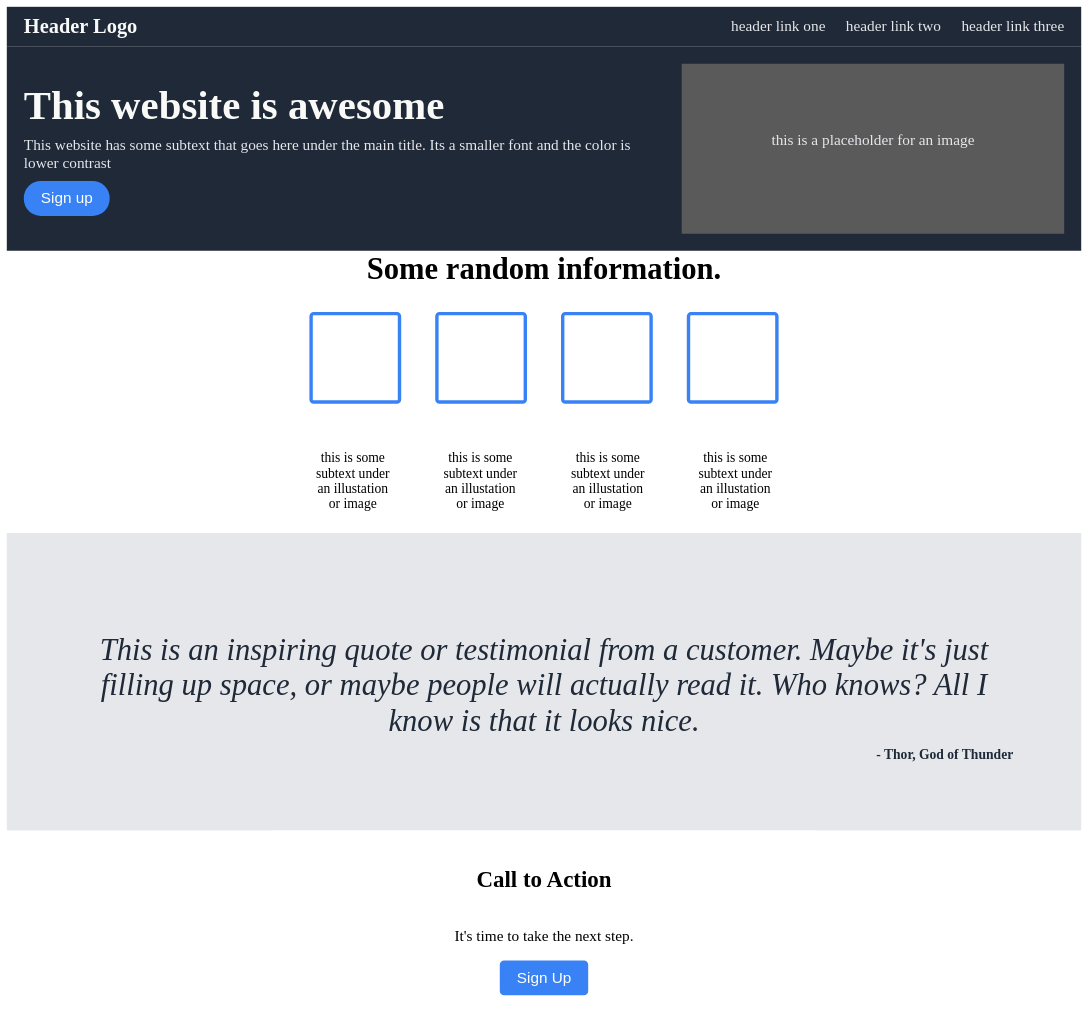
Repository: mnhardy1504/odin-recipes1
Page: flexboxlanding/index.html
The author's editor kept a copy of each file at every save. The page is drawn from the files as they stood at one save, then again after the next save.
The browser window is 1280 px wide. The pictures show the whole page, at 85% of full size.

Above is the page before, as saved 2023-09-13 13:21:01.

### flexboxlanding/index.html
<!DOCTYPE html>
<html>

<head>
    <meta charset="UTF-8">
    <link rel="stylesheet" href="index.css">
</head>

<body>
    <div class="header">
        <div class="header-logo"><strong>Header Logo</strong></div>
        <div class="header-links">
            <a href="#">header link one</a>
            <a href="#">header link two</a>
            <a href="#">header link three</a>
        </div>
    </div>

    <div class="flexbox-section">
        <div class="flexbox-content">
            <h1>This website is awesome</h1>
            <p class="subtext">This website has some subtext that goes here under the main title. Its a smaller font and
                the color is lower contrast</p>
            <button>Sign up</button>
        </div>
        <div class="image-container">
            <div class="image-placeholder">
                <div class="image-text">this is a placeholder for an image</div>
            </div>
        </div>
    </div>

    <div class="random"><strong>Some random information.</strong></div>

    <div class="square-container">
        <div class="square">
            <div class="square-text">
            </div>
        </div>
        <div class="square">
            <div class="square-text">
            </div>
        </div>
        <div class="square">
            <div class="square-text">
            </div>
        </div>
        <div class="square">
            </div>
        </div>
        <div class="text-container">
            <div class="text-box">this is some subtext under an illustation or image</div>
            <div class="text-box">this is some subtext under an illustation or image</div>
            <div class="text-box">this is some subtext under an illustation or image</div>
            <div class="text-box">this is some subtext under an illustation or image</div>
        </div>
    </div>
    <div class="quote-section">
        <p class="quote-text">
            This is an inspiring quote or testimonial from a customer. Maybe it's just filling up space, or maybe people
            will actually read it. Who knows? All I know is that it looks nice.
        </p>
        <div class="quote-author">
            <strong>- Thor, God of Thunder</strong>
        </div>
    </div>

    <div class="call-to-action-box">
        <div class="call-to-action-content">
            <h2>Call to Action</h2>
            <p>It's time to take the next step.</p>
            <button>Sign Up</button>
        </div>
    </div>
</body>

</html>

### flexboxlanding/index.css
.header {
    background-color: #1F2937; /* Header background color */
    color: white; /* Text color inside the header */
    display: flex;
    justify-content: space-between; /* Space between logo and links */
    align-items: center;
    padding: 10px 20px; /* Add padding to the header */
}

.header-logo {
    font-size: 24px;
     color: #f9faf8;
     margin-right: 20px;
}

.header-links a {
    text-decoration: none; /* Remove underlines from links */
    font-size: 18px;
    color: #e5e7eb;
    margin-left: 20px; /* Add spacing between links */
}

.header-links a:hover {
    text-decoration: underline;
}

.flexbox-section {
    background-color: #1F2937; /* Background color for the flexbox section */
    color: #f9faf8; /* Text color inside the flexbox section */
    display: flex;
    justify-content: space-between; /* Space between content and image */
    align-items: center;
    padding: 20px; /* Add padding to the flexbox section */
}

.flexbox-content {
    max-width: 60%; /* Adjust the maximum width of the content */
}

h1 {
    font-size: 48px;
    font-weight: bold; /* Extra-bold */
    margin: 0; /* Remove default margin */
}

.subtext {
    font-size: 18px;
    color: #e5e7eb; /* Subtext color */
    margin: 10px 0; /* Add spacing around subtext */
}

.image-container {
    display: flex;
    align-items: center; /* Vertically align content if needed */
}

.image-placeholder {
    width: 450px;
    height: 200px;
    background-color: #5A5A5A;
}

.image-text {
    font-size: 18px;
    color: #e5e7eb;
    text-align: center;
    padding: 80px;
}

.square-container {
    display: flex;
    justify-content:center;
    align-items: center;
    flex-wrap: wrap;
    background-color: white;
    padding: 10px;
}

.square {
    width: 100px;
    height: 100px;
    background-color: white;
    border: 4px solid #3882F6;
    text-align: center;
    display: flex;
    flex-direction: column;
    justify-content: space-between;
    align-items: center;
    color: white;
    margin: 20px;
    border-radius: 5px;
}

.text-container {
    display: flex;
    justify-content: center;
    align-items: center;
    flex-wrap: wrap;
}

.text-box {
    width: 100px;
    text-align: center;
    margin: 25px;
}

.random {
    text-align: center;
    justify-content: center;
    font-size: 36px
}

.quote-section {
    background-color: #e5e7eb;
    padding: 80px;
    text-align: center;
}

.quote-text {
    font-size: 36px;
    font-style: italic;
    color: #1F2937;
    margin-bottom: 10px;
}

.quote-author {
    font-style: light italic;
    color: #1F2937;
    text-align: right;
    font-weight: 800;
}

.call-to-action-box {
    display: flex; /* Use flexbox for layout */
    background-color: white; /* White background for the container */
    padding: 20px;
    width: 600px;
    margin: 0 auto;
}

.call-to-action-content {
    flex-grow: 1; /* Make this div expand to fill the available space */
    display: flex; /* Use flexbox within the container */
    flex-direction: column; /* Stack items vertically */
    align-items: center; /* Center items horizontally */
    justify-content: center; /* Center items vertically */
    max-width: 600px;
    font-size: 18px;
}

/* Style the rectangular blue box */
.call-to-action-content button {
    background-color: #3882F6; /* Blue background for the button */
    color: white;
    padding: 10px 20px;
    border: none;
    border-radius: 5px; /* Rounded corners */
    font-size: 18px;
    cursor: pointer;
}

/* Add hover effect to the button */
.call-to-action-content button:hover {
    background-color: #1F5CFF; /* Darker blue on hover */
}

button {
    background-color: #3882F6;
    color: white;
    padding: 10px 20px;
    border: white;
    border-radius: 20px;
    font-size: 18px;
    cursor: pointer;
    align-items: right;
    text-align: right;
}

button:hover {
    background-color: #3882F6
}

After the next save:
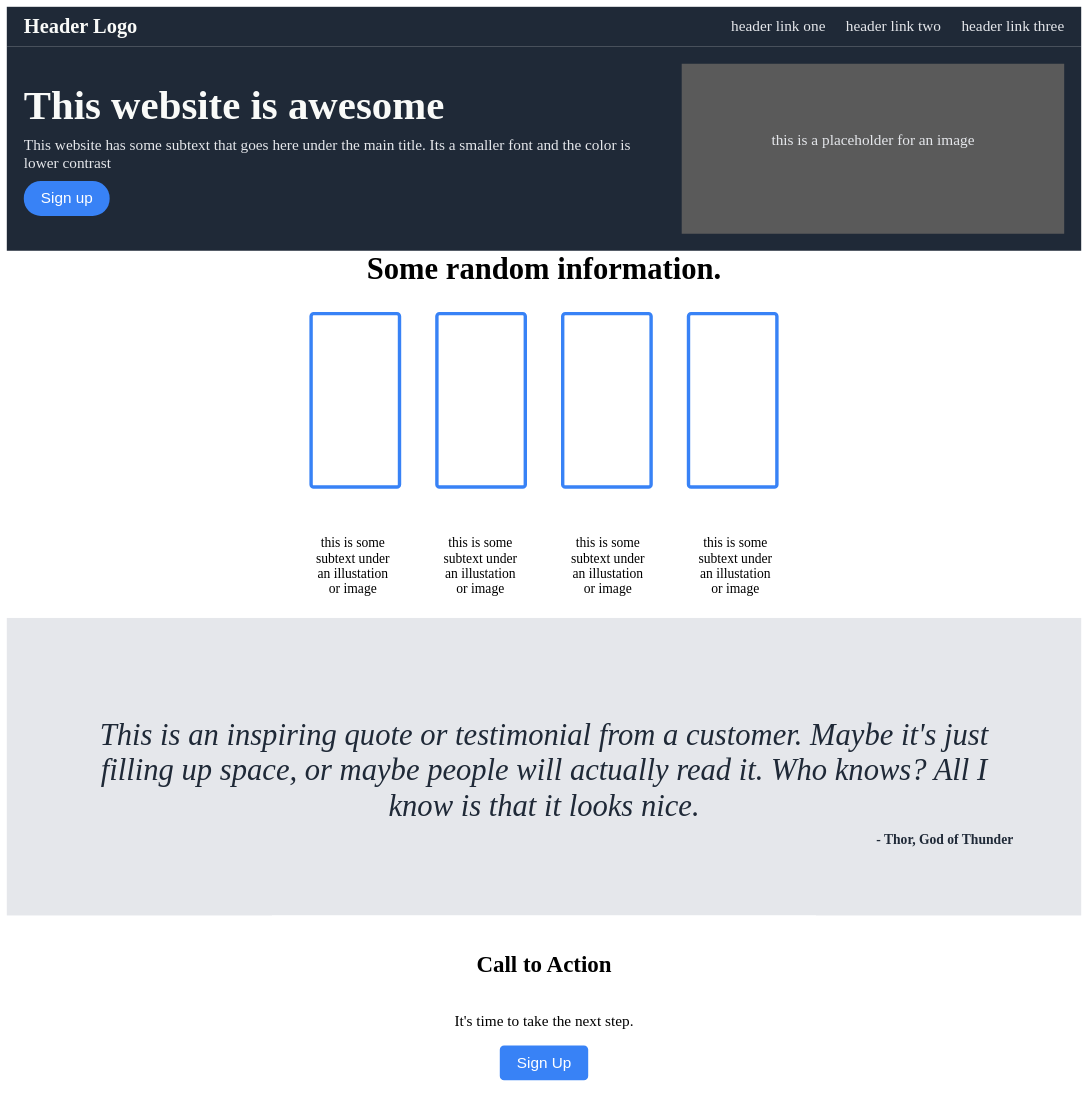
Saved 100 s later.
--- a/flexboxlanding/index.css
+++ b/flexboxlanding/index.css
@@ -89,6 +89,7 @@ h1 {
     color: white;
     margin: 20px;
     border-radius: 5px;
+    padding-bottom: 100px;
 }
 
 .text-container {
